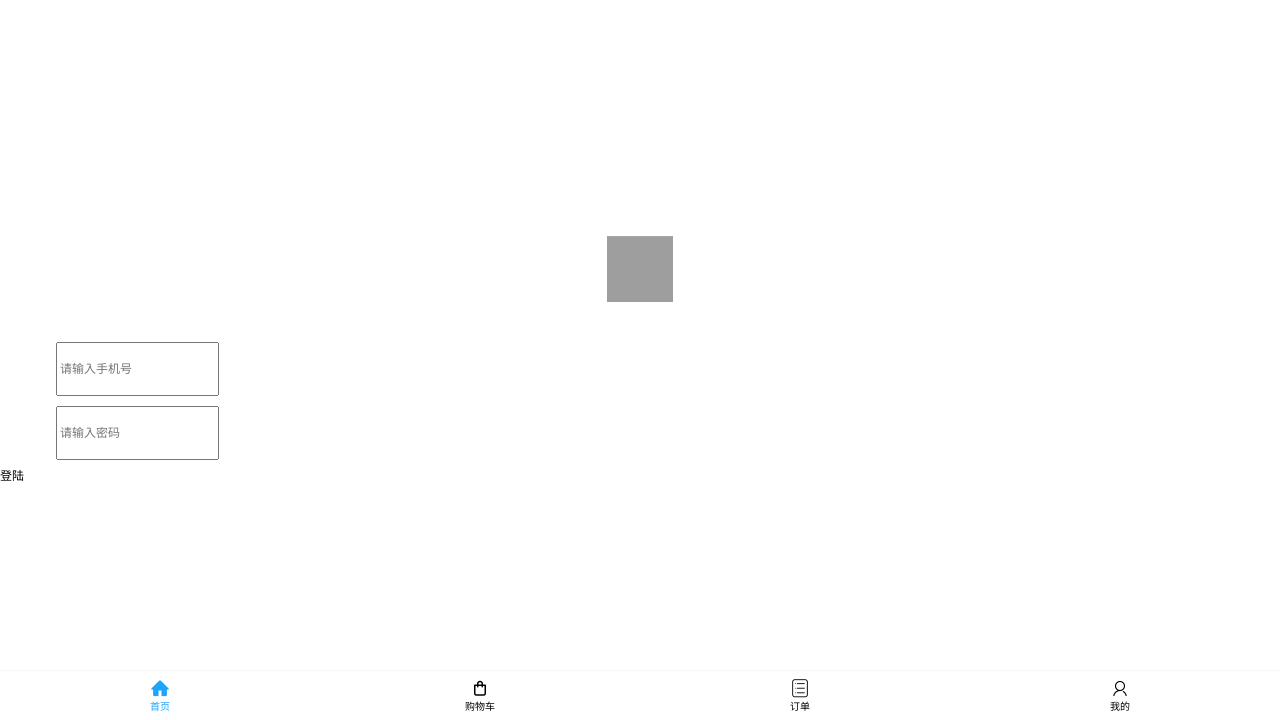
Repository: nestzero/mallapp
Page: /#/login
The author's editor kept a copy of each file at every save. The page is drawn from the files as they stood at one save, then again after the next save.
The browser window is 1280 px wide. The pictures show the whole page.
Pictures or frames that could not be fetched are drawn as grey boxes. The project was rebuilt for these pictures with package versions that can differ from the ones it lists, and the page was loaded fresh each time. Also part of the build but not shown: vue.config.js.

Above is the page before, as saved 2022-03-07 22:40:26.

After the next save:
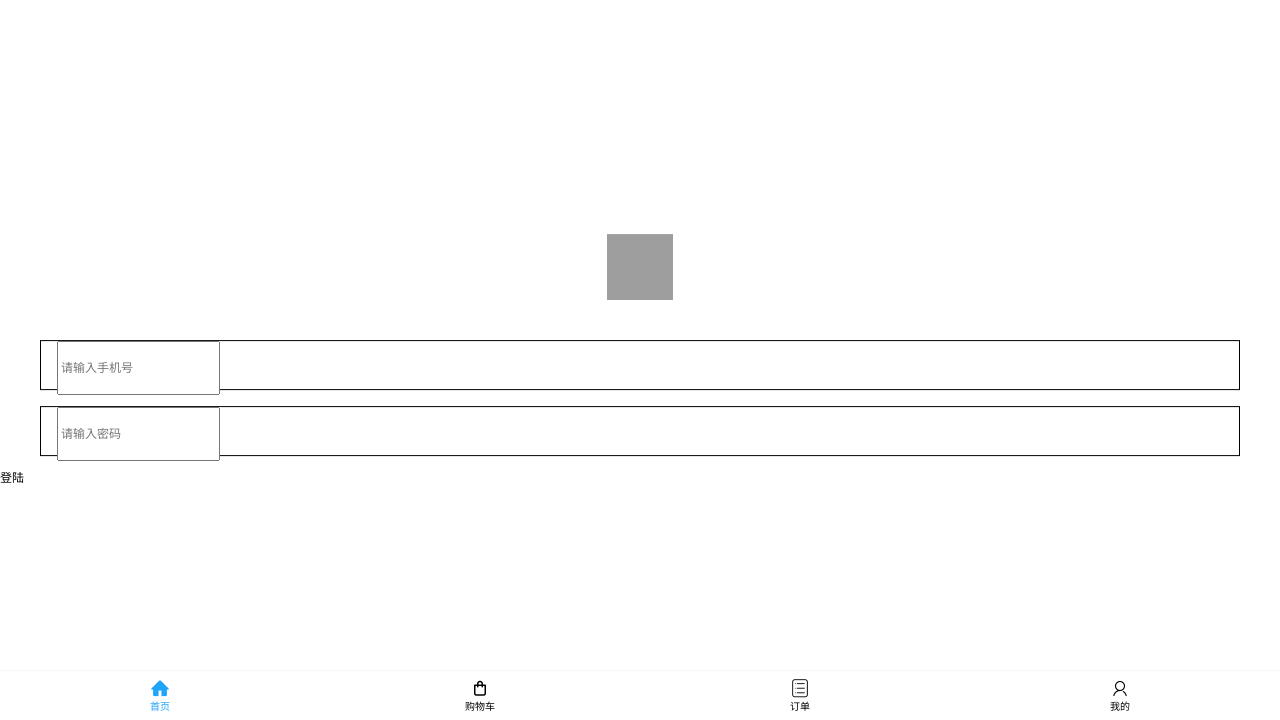
Saved 20 s later.
--- a/src/components/content/login/Login.vue
+++ b/src/components/content/login/Login.vue
@@ -43,9 +43,10 @@ export default {};
 
     padding: 0 .16rem;
 
+    border: 1px solid ;
+
     &_content{
-
-      height: .48rem;
+      line-height: .48rem;
 
     }
   }
